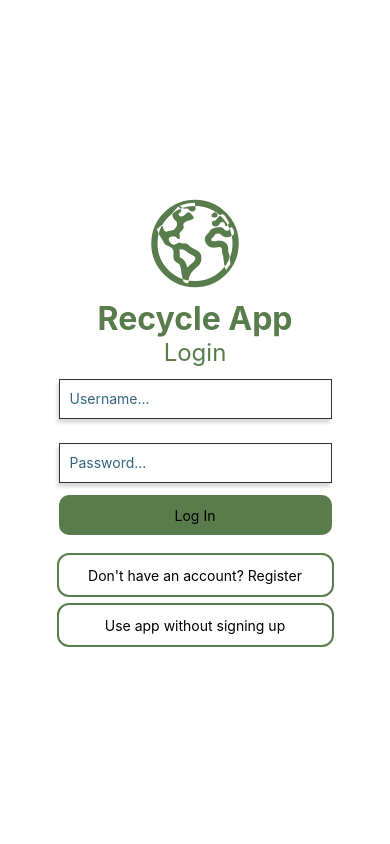
Repository: ct-pham/COMP4511
Screen: / (app in comp4511/)
The author's editor kept a copy of each file at every save. The screen is drawn from the files as they stood at one save, then again after the next save.
The app was drawn by React Native's web renderer in a window 390 px wide. The project was rebuilt for these pictures with package versions that can differ from the ones it lists, and the page was loaded fresh each time.

Above is the screen before, as saved 2022-11-07 15:57:15.

After the next save:
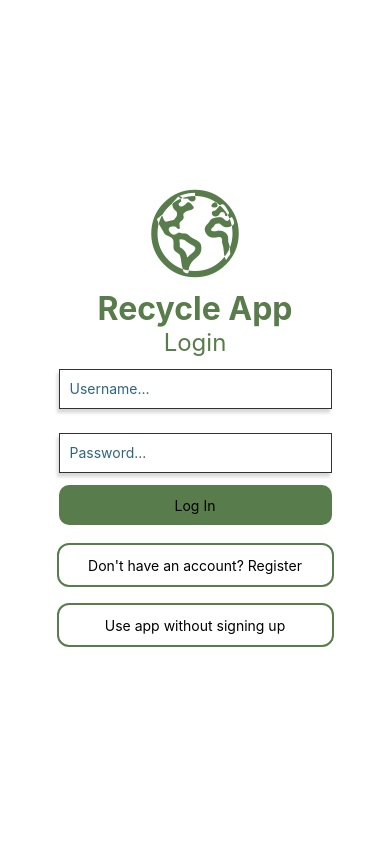
Saved 16 s later.
--- a/comp4511/Components/Login.js
+++ b/comp4511/Components/Login.js
@@ -103,7 +103,7 @@ const styles = StyleSheet.create({
         height: 40,
         alignItems: 'center',
         justifyContent: 'center',
-        marginBottom: 10,
+        marginBottom: 20,
     },
     title: {
         fontSize: 32,
